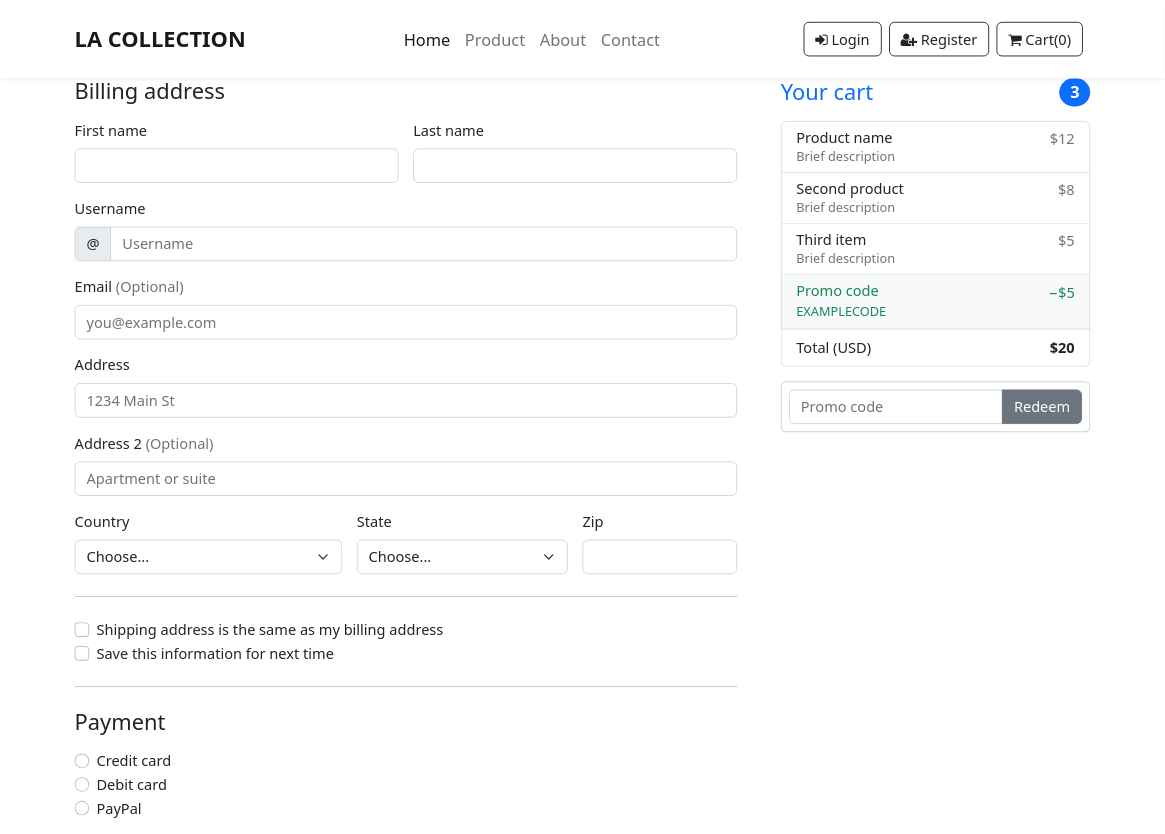
Repository: tiendungjr123/Ecommerce
Page: /checkout
The author's editor kept a copy of each file at every save. The page is drawn from the files as they stood at one save, then again after the next save.
The browser window is 1280 px wide. The pictures show the whole page, at 91% of full size.
The project was rebuilt for these pictures with package versions that can differ from the ones it lists, and the page was loaded fresh each time. Also part of the build but not shown: src/components/Products.jsx, src/components/Home.jsx, src/redux/action/index.js, src/components/ProductDetail.jsx, src/components/About.jsx, src/components/Contact.jsx, src/components/Cart.jsx.

Above is the page before, as saved 2022-10-04 12:04:21.

After the next save:
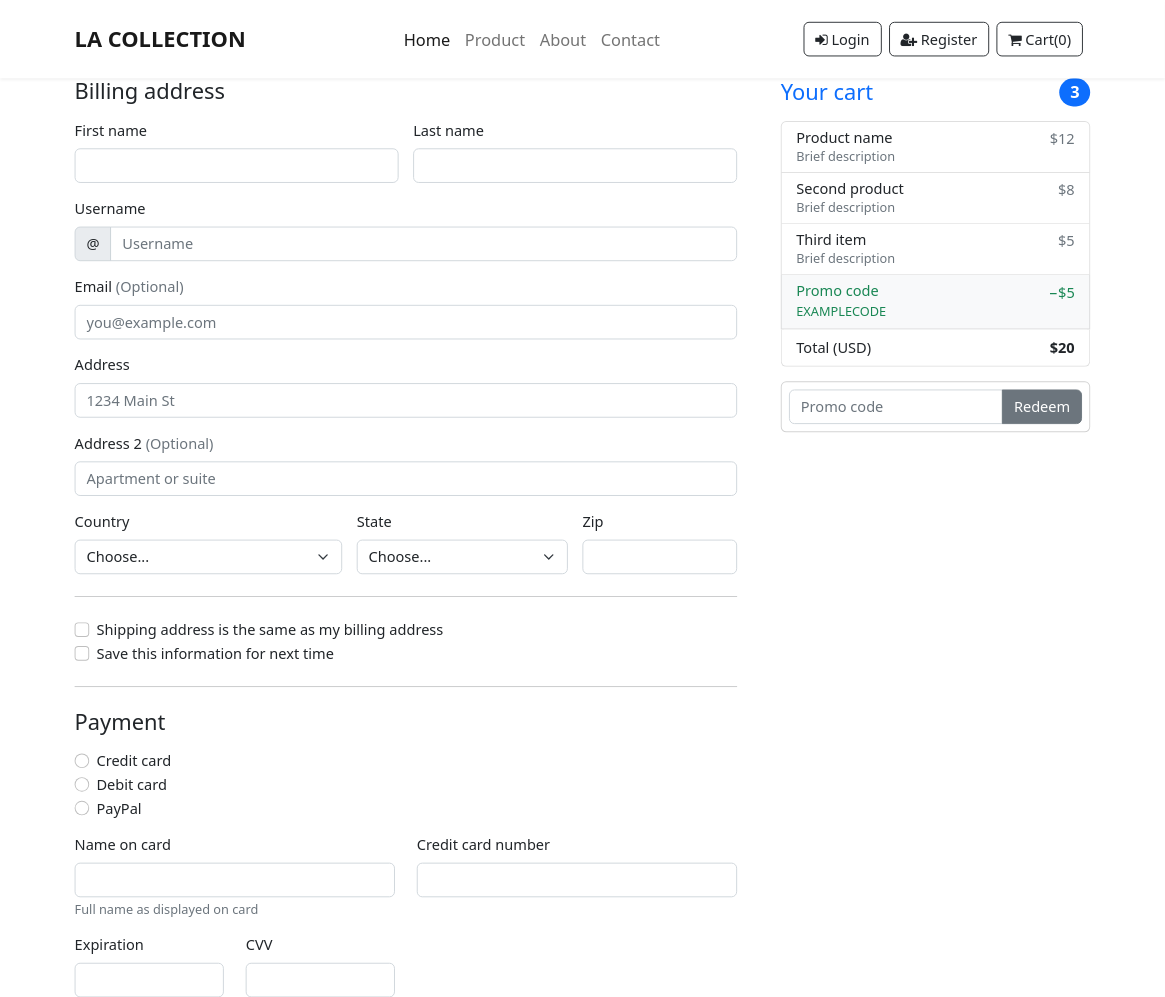
Saved 28 s later.
--- a/src/components/Checkout.jsx
+++ b/src/components/Checkout.jsx
@@ -158,6 +158,40 @@ const Checkout = () => {
                         <label class="form-check-label" for="paypal">PayPal</label>
                      </div>
                   </div>
+                  <div class="row gy-3">
+                     <div class="col-md-6">
+                        <label for="cc-name" class="form-label">Name on card</label>
+                        <input type="text" class="form-control" id="cc-name" placeholder="" required="" />
+                        <small class="text-muted">Full name as displayed on card</small>
+                        <div class="invalid-feedback">
+                           Name on card is required
+                        </div>
+                     </div>
+
+                     <div class="col-md-6">
+                        <label for="cc-number" class="form-label">Credit card number</label>
+                        <input type="text" class="form-control" id="cc-number" placeholder="" required="" />
+                        <div class="invalid-feedback">
+                           Credit card number is required
+                        </div>
+                     </div>
+
+                     <div class="col-md-3">
+                        <label for="cc-expiration" class="form-label">Expiration</label>
+                        <input type="text" class="form-control" id="cc-expiration" placeholder="" required="" />
+                        <div class="invalid-feedback">
+                           Expiration date required
+                        </div>
+                     </div>
+
+                     <div class="col-md-3">
+                        <label for="cc-cvv" class="form-label">CVV</label>
+                        <input type="text" class="form-control" id="cc-cvv" placeholder="" required="" />
+                        <div class="invalid-feedback">
+                           Security code required
+                        </div>
+                     </div>
+                  </div>
                </form>
             </div>
          </div>
